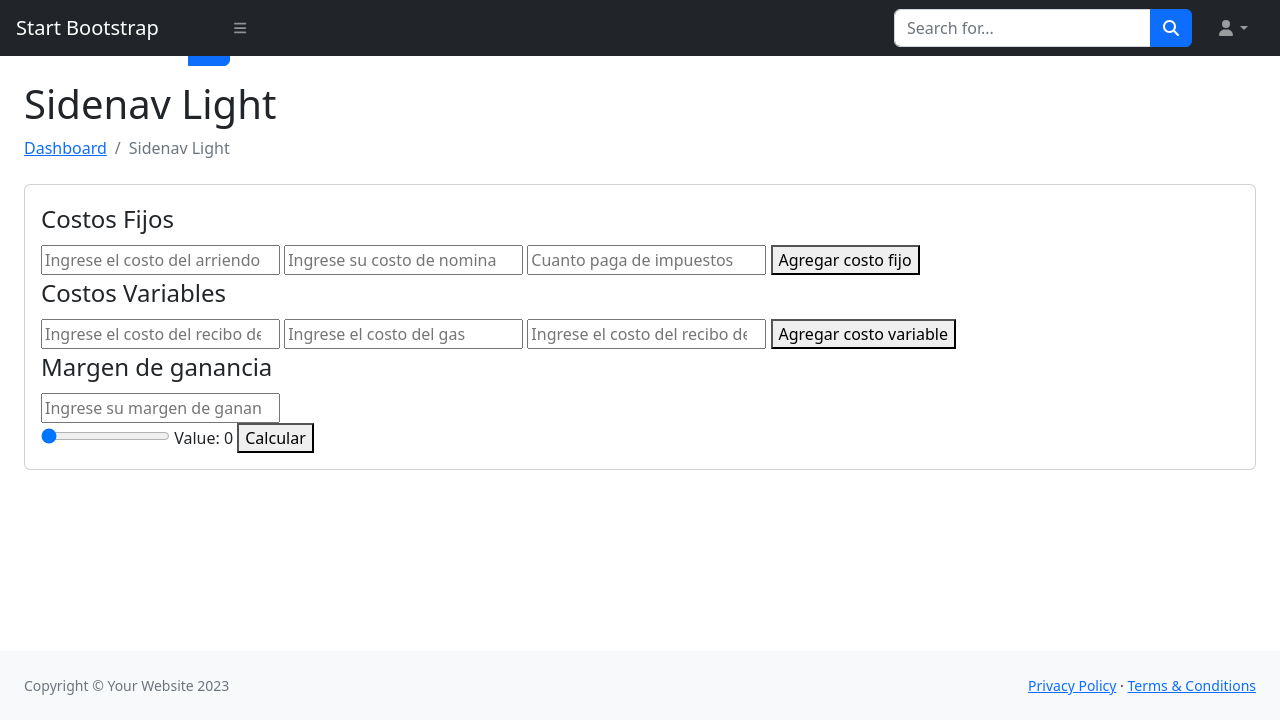
Repository: EstefaMH/Dashboard
Page: costs.html
The author's editor kept a copy of each file at every save. The page is drawn from the files as they stood at one save, then again after a run of saves.
The browser window is 1280 px wide. The pictures show the whole page.
Some web libraries are served in a nearby version.

Above is the page before, as saved 2023-12-25 22:05:25.

### costs.html
<!DOCTYPE html>
<html lang="en">

<head>
    <meta charset="utf-8" />
    <meta http-equiv="X-UA-Compatible" content="IE=edge" />
    <meta name="viewport" content="width=device-width, initial-scale=1, shrink-to-fit=no" />
    <meta name="description" content="" />
    <meta name="author" content="" />
    <title>Sidenav Light - SB Admin</title>
    <link href="styles/styles.css" rel="stylesheet" />
    <script src="https://use.fontawesome.com/releases/v6.3.0/js/all.js" crossorigin="anonymous"></script>
</head>

<body class="sb-nav-fixed">
    <navbar-component></navbar-component>
    <div id="layoutSidenav">
        <div id="layoutSidenav_nav">
            <navbar-component></navbar-component>
        </div>
        <div id="layoutSidenav_content">
            <main>
                <div class="container-fluid px-4">
                    <h1 class="mt-4">Sidenav Light</h1>
                    <ol class="breadcrumb mb-4">
                        <li class="breadcrumb-item"><a href="index.html">Dashboard</a></li>
                        <li class="breadcrumb-item active">Sidenav Light</li>
                    </ol>
                    <div class="card mb-4">
                        <div class="card-body">
                            <form name="form_costs" class="form_costs" id="form_costs" onsubmit="submitFormCosts()">
                                <fieldset id="fixed_costs_container" class="costs_fieldset">
                                    <legend>Costos Fijos</legend>
                                    <input required min="0" name="arriendo" type="number"
                                        placeholder="Ingrese el costo del arriendo" />
                                    <input required min="0" name="nomina" type="number"
                                        placeholder="Ingrese su costo de nomina" />
                                    <input required min="0" name="impuestos" type="number"
                                        placeholder="Cuanto paga de impuestos" />
                                    <button onclick="addCost('fixed_costs_container')" id="add_fixed_cost">Agregar costo
                                        fijo</button>
                                </fieldset>

                                <fieldset id="variable_costs_container" class="costs_fieldset">
                                    <legend>Costos Variables</legend>
                                    <input required min="0" name="agua" type="number"
                                        placeholder="Ingrese el costo del recibo del agua" />
                                    <input required min="0" name="gas" type="number"
                                        placeholder="Ingrese el costo del gas" />
                                    <input required min="0" name="luz" type="number"
                                        placeholder="Ingrese el costo del recibo de la luz" />
                                    <button onclick="addCost('variable_costs_container')" id="add_variable_cost">Agregar
                                        costo variable</button>
                                </fieldset>

                                <fieldset id="" class="costs_fieldset">
                                    <legend>Margen de ganancia</legend>
                                    <input required min="0" name="agua" type="number"
                                        placeholder="Ingrese su margen de ganancia" />
                                </fieldset>

                                <input id="range" type="range" value="0" step="1" min="0" max="10000"
                                    onchange="getRange()" />
                                <label>Value: <span id="value_range">0</span></label>



                                <button type="submit" class="btn_form_costs">Calcular</button>
                            </form>
                        </div>
                    </div>
                </div>
            </main>
            <footer class="py-4 bg-light mt-auto">
                <div class="container-fluid px-4">
                    <div class="d-flex align-items-center justify-content-between small">
                        <div class="text-muted">Copyright &copy; Your Website 2023</div>
                        <div>
                            <a href="#">Privacy Policy</a>
                            &middot;
                            <a href="#">Terms &amp; Conditions</a>
                        </div>
                    </div>
                </div>
            </footer>
        </div>
    </div>
    <script src="https://cdn.jsdelivr.net/npm/bootstrap@5.2.3/dist/js/bootstrap.bundle.min.js"
        crossorigin="anonymous"></script>
    <script src="js/scripts.js"></script>
    <script src="components/NavBar.js"></script>
</body>

</html>

### js/scripts.js
/*!
    * Start Bootstrap - SB Admin v7.0.7 (https://startbootstrap.com/template/sb-admin)
    * Copyright 2013-2023 Start Bootstrap
    * Licensed under MIT (https://github.com/StartBootstrap/startbootstrap-sb-admin/blob/master/LICENSE)
    */
    //
// Scripts
//

window.addEventListener('DOMContentLoaded', event => {

    // Toggle the side navigation
    const sidebarToggle = document.body.querySelector('#sidebarToggle');
    if (sidebarToggle) {
        // Uncomment Below to persist sidebar toggle between refreshes
        // if (localStorage.getItem('sb|sidebar-toggle') === 'true') {
        //     document.body.classList.toggle('sb-sidenav-toggled');
        // }
        sidebarToggle.addEventListener('click', event => {
            event.preventDefault();
            document.body.classList.toggle('sb-sidenav-toggled');
            localStorage.setItem('sb|sidebar-toggle', document.body.classList.contains('sb-sidenav-toggled'));
        });
    }

});

### components/NavBar.js
class NavBarComponent extends HTMLElement {

    constructor() {
        super();
        this.render();
    }

    render() {
        this.innerHTML =
            `
            <nav class="sb-topnav navbar navbar-expand navbar-dark bg-dark">
            <!-- Navbar Brand-->
            <a class="navbar-brand ps-3" href="index.html">Start Bootstrap</a>
            <!-- Sidebar Toggle-->
            <button class="btn btn-link btn-sm order-1 order-lg-0 me-4 me-lg-0" id="sidebarToggle" href="#!"><i class="fas fa-bars"></i></button>
            <!-- Navbar Search-->
            <form class="d-none d-md-inline-block form-inline ms-auto me-0 me-md-3 my-2 my-md-0">
                <div class="input-group">
                    <input class="form-control" type="text" placeholder="Search for..." aria-label="Search for..." aria-describedby="btnNavbarSearch" />
                    <button class="btn btn-primary" id="btnNavbarSearch" type="button"><i class="fas fa-search"></i></button>
                </div>
            </form>
            <!-- Navbar-->
            <ul class="navbar-nav ms-auto ms-md-0 me-3 me-lg-4">
                <li class="nav-item dropdown">
                    <a class="nav-link dropdown-toggle" id="navbarDropdown" href="#" role="button" data-bs-toggle="dropdown" aria-expanded="false"><i class="fas fa-user fa-fw"></i></a>
                    <ul class="dropdown-menu dropdown-menu-end" aria-labelledby="navbarDropdown">
                        <li><a class="dropdown-item" href="#!">Settings</a></li>
                        <li><a class="dropdown-item" href="#!">Activity Log</a></li>
                        <li><hr class="dropdown-divider" /></li>
                        <li><button class="dropdown-item" id="btn-logout">Cerrar Sesión</button></li>
                    </ul>
                </li>
            </ul>
        </nav>


        `
    }
}

customElements.define("navbar-component", NavBarComponent);

Loaded but not shown: styles/styles.css (library)

After the next 2 saves:
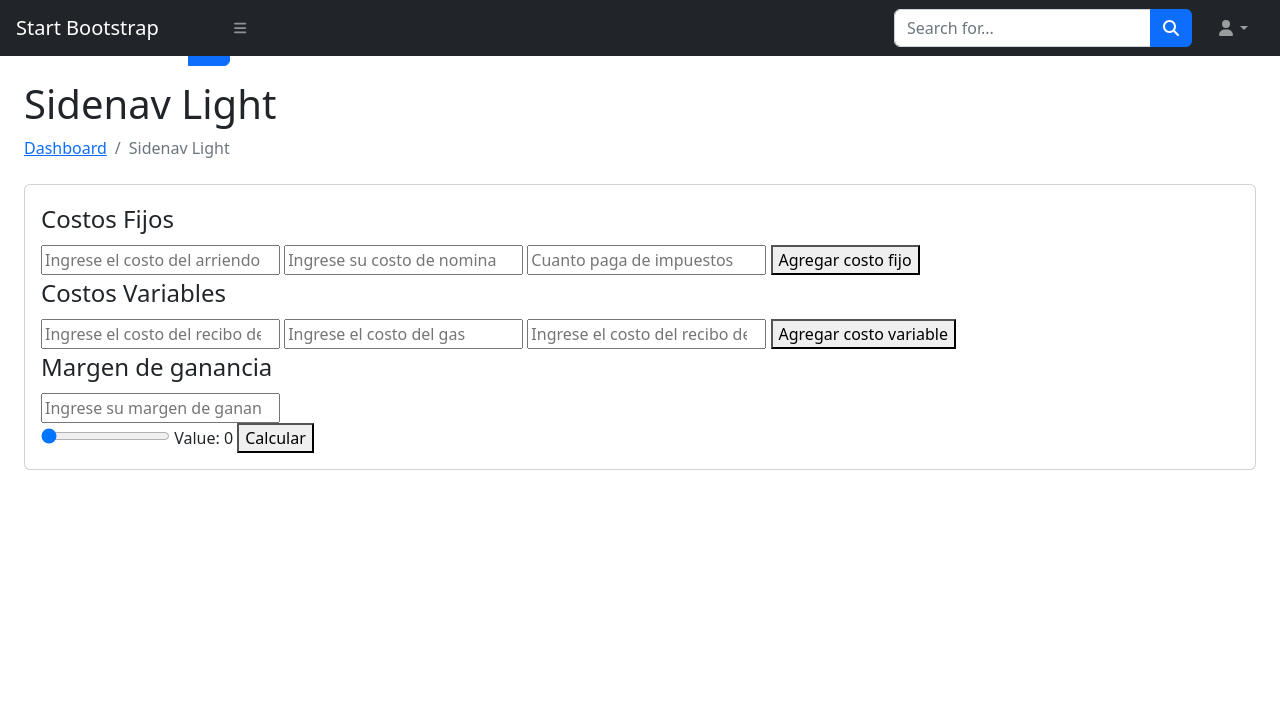
The 2 saves are shown as one change because they came seconds apart.
The last was saved 22 s later.
--- a/costs.html
+++ b/costs.html
@@ -71,18 +71,7 @@
                     </div>
                 </div>
             </main>
-            <footer class="py-4 bg-light mt-auto">
-                <div class="container-fluid px-4">
-                    <div class="d-flex align-items-center justify-content-between small">
-                        <div class="text-muted">Copyright &copy; Your Website 2023</div>
-                        <div>
-                            <a href="#">Privacy Policy</a>
-                            &middot;
-                            <a href="#">Terms &amp; Conditions</a>
-                        </div>
-                    </div>
-                </div>
-            </footer>
+            <footer
         </div>
     </div>
     <script src="https://cdn.jsdelivr.net/npm/bootstrap@5.2.3/dist/js/bootstrap.bundle.min.js"
